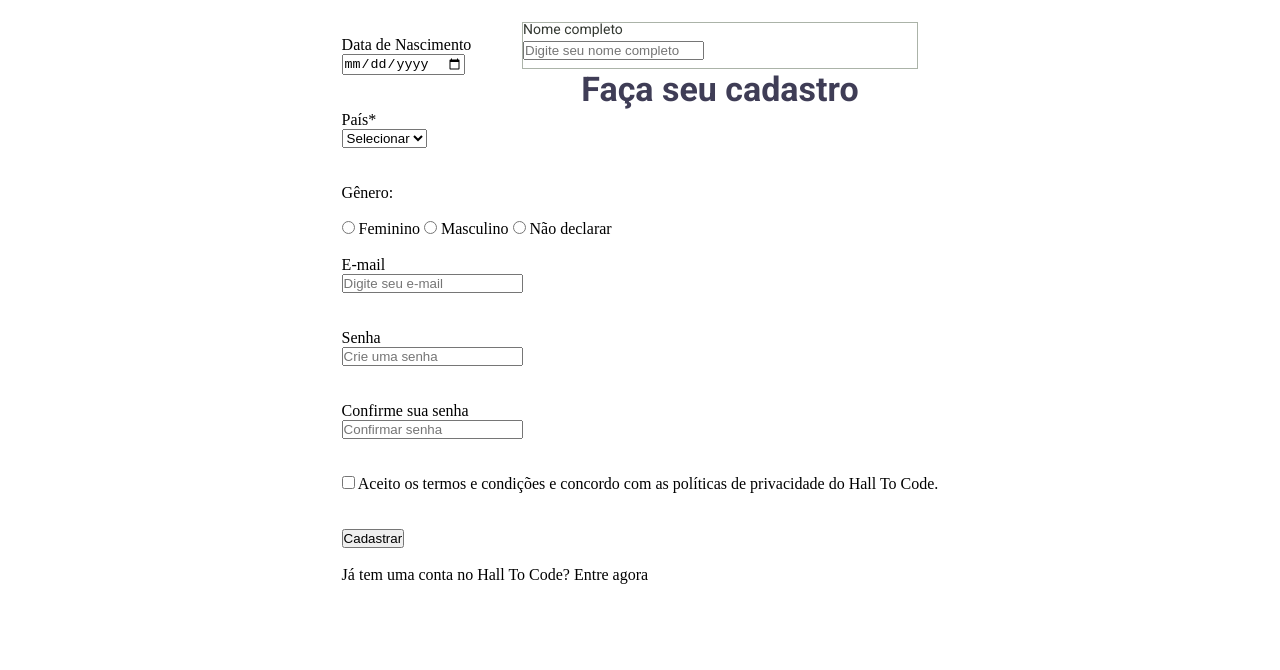
Repository: RenatoCCS/formularios
Page: cadastro.html
These files come from the project's save history. The page is drawn as it stood at one moment and after the next save; the edit follows.
The browser window is 1280 px wide. The pictures show the whole page.

Above is the page before, as saved 2023-03-22 21:40:03.

After the next save:
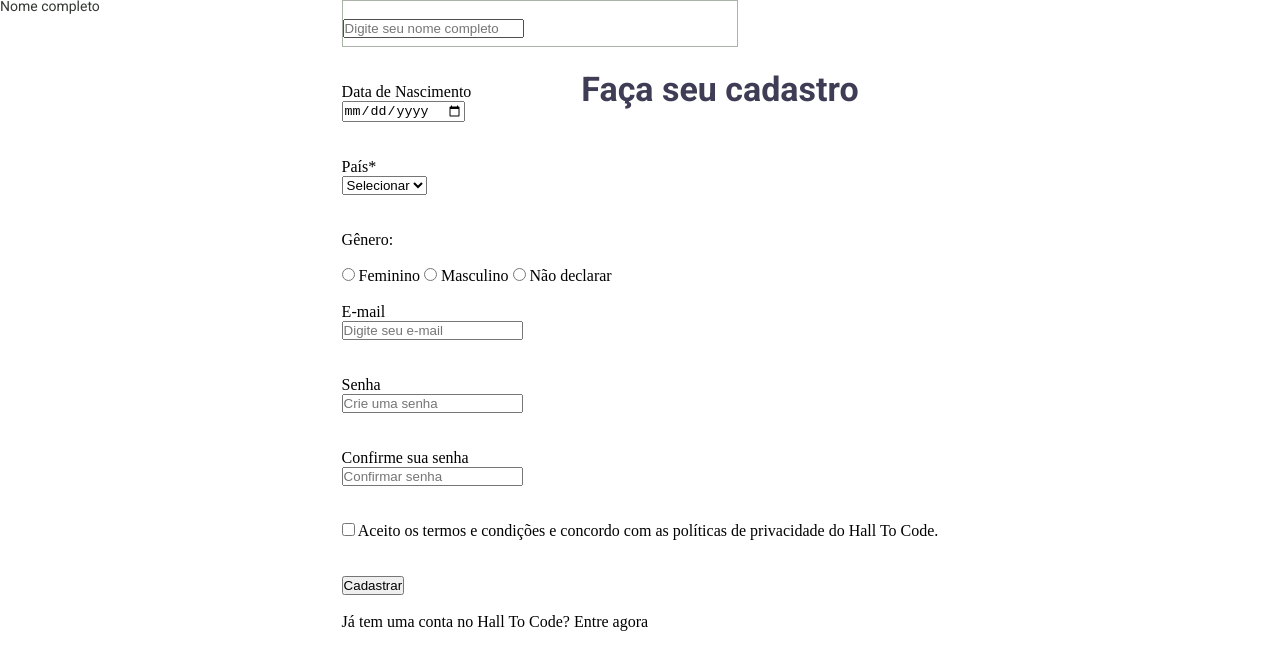
Saved 37 s later.
--- a/style.css
+++ b/style.css
@@ -34,13 +34,13 @@
   text-align: center;
 }
 
-.nome {
+/*.nome {
   position: absolute;
   width: 396px;
   height: 69px;
   top: 139px;
   left: 522px;
-}
+}*/
 
 .cadastro__Titulo__Nome {
   position: absolute;
